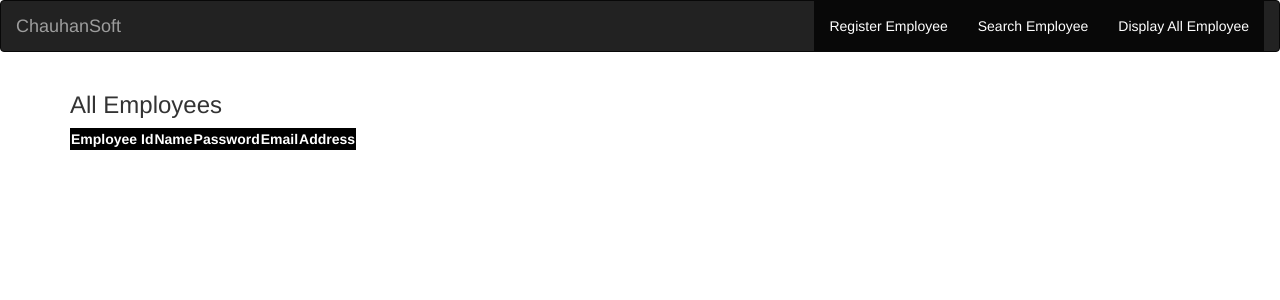
Repository: ErAdarshChauhan/Spring-Framework-5.0.0-Concepts
Page: http://localhost/sf-mvc-with-hibernate-crud-and-login-logout/WEB-INF/jsp/allEmployee.jsp
An editor plug-in stored every save of this project. The page is shown before and after the next save, followed by the edit.
The browser window is 1280 px wide. The pictures show the whole page.
The page is served by Tomcat 9. Nobody is signed in. The template is opened directly, without the code that normally fills it, so the values that code supplies are empty.

Above is the page before, as saved 2020-06-22 19:28:58.

After the next save:
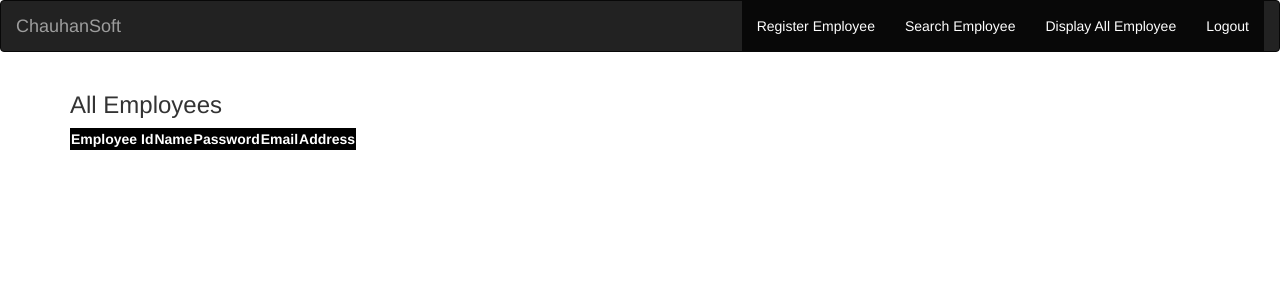
Saved 2 min 16 s later.
--- a/Spring-MVC-Projects/sf-mvc-with-hibernate-crud-and-login-logout/src/main/webapp/WEB-INF/jsp/allEmployee.jsp
+++ b/Spring-MVC-Projects/sf-mvc-with-hibernate-crud-and-login-logout/src/main/webapp/WEB-INF/jsp/allEmployee.jsp
@@ -41,6 +41,7 @@
       <li class="active"><a href="register">Register Employee</a></li>
  	  <li class="active"><a href="search">Search Employee</a></li>
  	  <li class="active"><a href="displayEmployee">Display All Employee</a></li>
+ 	  <li class="active"><a href="logout">Logout</a></li>
     </ul>
   </div>
 </nav>
